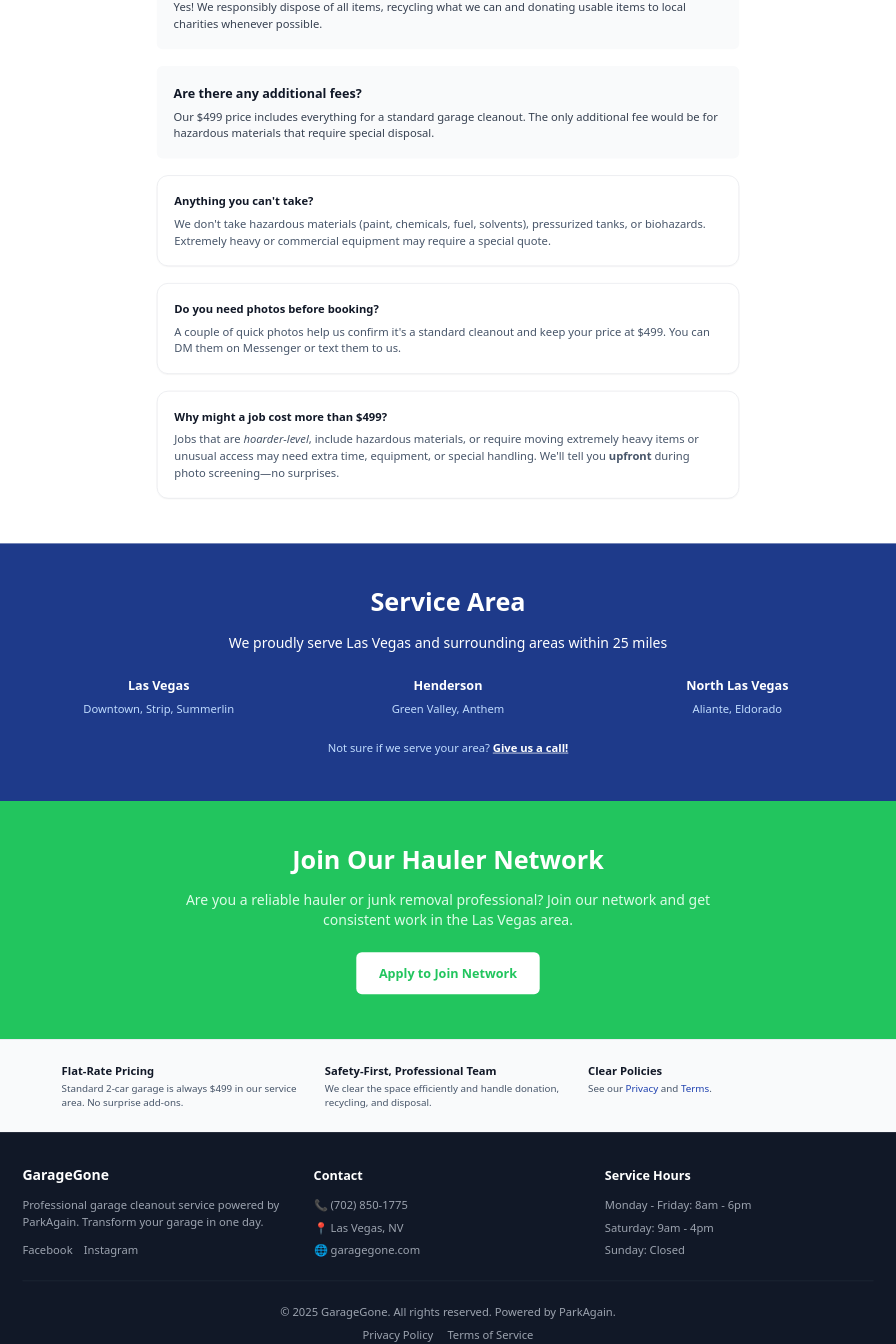
Repository: nikwhite1169/garagegone
Page: index.html
The author's editor kept a copy of each file at every save. The page is drawn from the files as they stood at one save, then again after the next save.
The browser window is 1280 px wide. The pictures show the part of the page from y = 3296 to 5216 px (the page is 5262 px tall before and 5268 px after), at 70% of full size.
Some web libraries are served in a nearby version.

Above is the page before, as saved 2025-09-15 17:38:58.

After the next save:
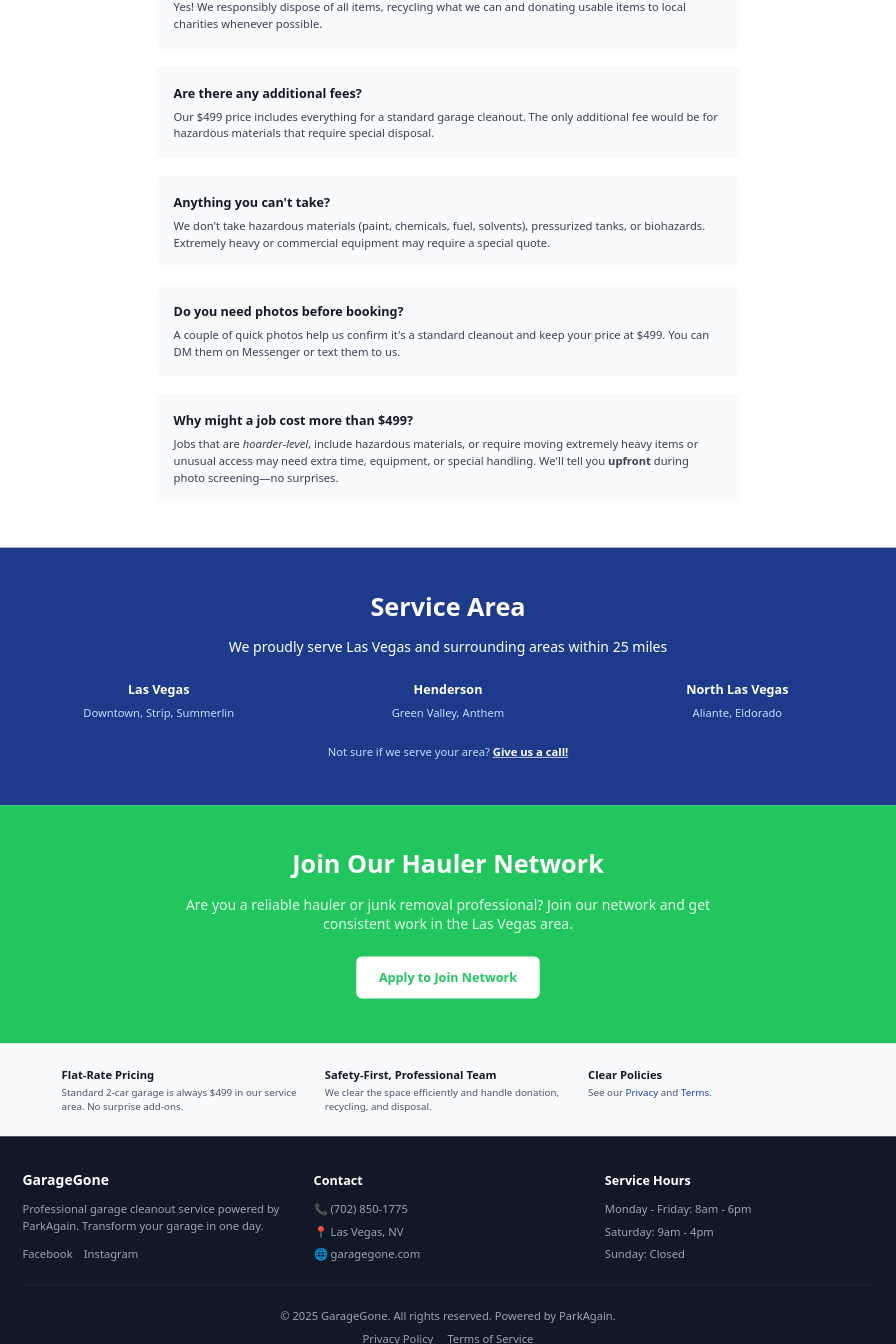
Saved 66 s later.
--- a/index.html
+++ b/index.html
@@ -322,28 +322,19 @@
                     <p class="text-gray-700">Our $499 price includes everything for a standard garage cleanout. The only additional fee would be for hazardous materials that require special disposal.</p>
                 </div>
 
-                <div class="rounded-2xl border p-6 shadow-sm">
-                  <h3 class="font-semibold">Anything you can't take?</h3>
-                  <p class="text-slate-600 mt-2">
-                    We don't take hazardous materials (paint, chemicals, fuel, solvents), pressurized tanks, or biohazards.
-                    Extremely heavy or commercial equipment may require a special quote.
-                  </p>
-                </div>
-
-                <div class="rounded-2xl border p-6 shadow-sm">
-                  <h3 class="font-semibold">Do you need photos before booking?</h3>
-                  <p class="text-slate-600 mt-2">
-                    A couple of quick photos help us confirm it's a standard cleanout and keep your price at $499.
-                    You can DM them on Messenger or text them to us.
-                  </p>
-                </div>
-
-                <div class="rounded-2xl border p-6 shadow-sm">
-                  <h3 class="font-semibold">Why might a job cost more than $499?</h3>
-                  <p class="text-slate-600 mt-2">
-                    Jobs that are <em>hoarder-level</em>, include hazardous materials, or require moving extremely heavy items or unusual access may need extra time, equipment, or special handling.
-                    We'll tell you <strong>upfront</strong> during photo screening—no surprises.
-                  </p>
+                <div class="bg-gray-50 rounded-lg p-6">
+                    <h4 class="text-lg font-bold mb-2">Anything you can't take?</h4>
+                    <p class="text-gray-700">We don't take hazardous materials (paint, chemicals, fuel, solvents), pressurized tanks, or biohazards. Extremely heavy or commercial equipment may require a special quote.</p>
+                </div>
+
+                <div class="bg-gray-50 rounded-lg p-6">
+                    <h4 class="text-lg font-bold mb-2">Do you need photos before booking?</h4>
+                    <p class="text-gray-700">A couple of quick photos help us confirm it's a standard cleanout and keep your price at $499. You can DM them on Messenger or text them to us.</p>
+                </div>
+
+                <div class="bg-gray-50 rounded-lg p-6">
+                    <h4 class="text-lg font-bold mb-2">Why might a job cost more than $499?</h4>
+                    <p class="text-gray-700">Jobs that are <em>hoarder-level</em>, include hazardous materials, or require moving extremely heavy items or unusual access may need extra time, equipment, or special handling. We'll tell you <strong>upfront</strong> during photo screening—no surprises.</p>
                 </div>
             </div>
         </div>
